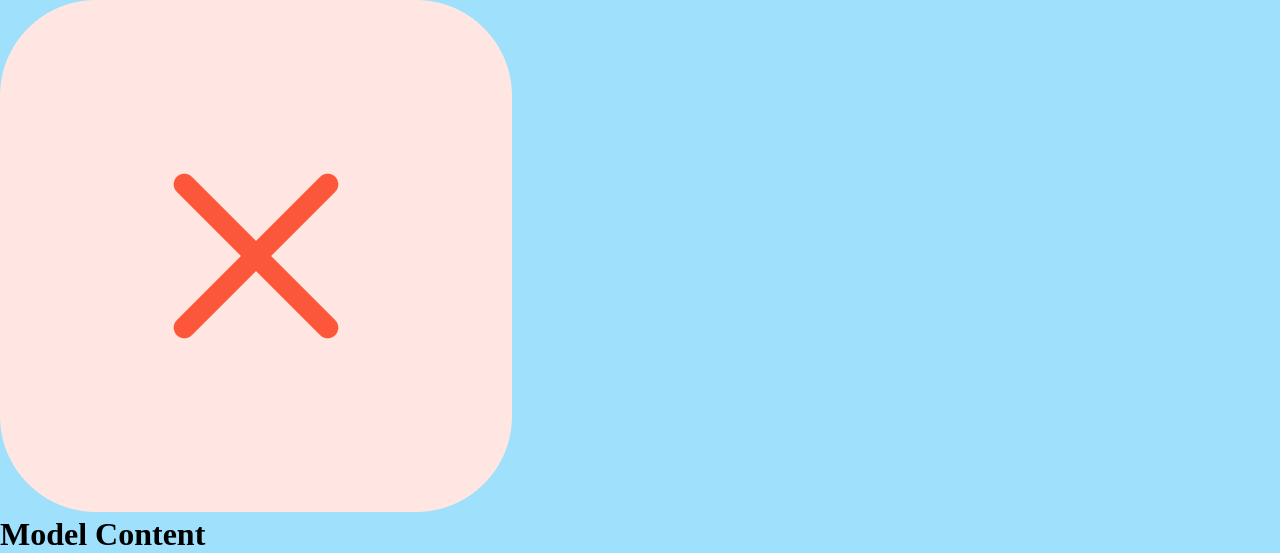
Repository: Trapti10/20-js-practice-projects-in-7-days-challenge
Page: Project_4_Modal_Project/index.html
These files come from the project's save history. The page is drawn as it stood at one moment and after a run of saves; the edit follows.
The browser window is 1280 px wide. The pictures show the part of the page from y = 720 to 1273 px (the page is 1273 px tall).

Above is the page before, as saved 2025-11-24 10:52:40.

### Project_4_Modal_Project/index.html
<!DOCTYPE html>
<html lang="en">
<head>
    <meta charset="UTF-8">
    <meta name="viewport" content="width=device-width, initial-scale=1.0">
    <title>Modal Project</title>
    <link rel="stylesheet" href="style.css">
</head>
<body>
     <div class="bg-img"  background-img>

    </div>
    <div class="card">
        <h1>Modal Project</h1>

        <button class="Open">
            Open Model
        </button>
       </div>
       <div class="modal-overlay">
        <div class="madal-container">
            <img src="assests/close.png" alt="">
            <div class="modalContent">
                <h1>Model Content</h1>
            </div>
        </div>
       </div>
    <script src="script.js"></script>
</body>
</html>

### Project_4_Modal_Project/style.css
*{
    margin: 0;
    padding: 0;
}

.bg-img{
    height: 100vh;
    background-position: center center;
    background-repeat: no-repeat;
    position: relative;
    background-size: max(2200px, 100vw);
    background-image: url("https://png.pngtree.com/thumb_back/fh260/background/20230714/pngtree-simplicity-in-blue-a-living-room-interior-design-with-decor-and-image_3888158.jpg");
    background-repeat: no-repeat;
    align-items: center;
    margin-top: 0;
    align-items: center;

}

.card{
    position: absolute;
    top: 25%;
    left: 37%;
    background: white;
    max-height: 250px;
    max-width: 400px;
    height: 100%;
    width: 100%;
    display: flex;
    justify-content: center;
    align-items:center ;
    flex-direction: column;
    border: none;
    border-radius: 10px;
    gap: 30px;
}

button{
    height: 25px;
    width: 110px;
    color: white;
    background: rgb(29, 166, 246);
    border: none;
    letter-spacing: 2px;
    border-radius: 5px;
    padding: 0 4px;
}

button:hover{
    background: transparent;
    color: black;
    border: 2px solid rgb(29, 166, 246);
}

.modal-overlay{
    background: rgb(159, 225, 252);
}

Loaded but not shown: Project_4_Modal_Project/script.js (no stored copy; drawn as an empty file)

After the next 5 saves:
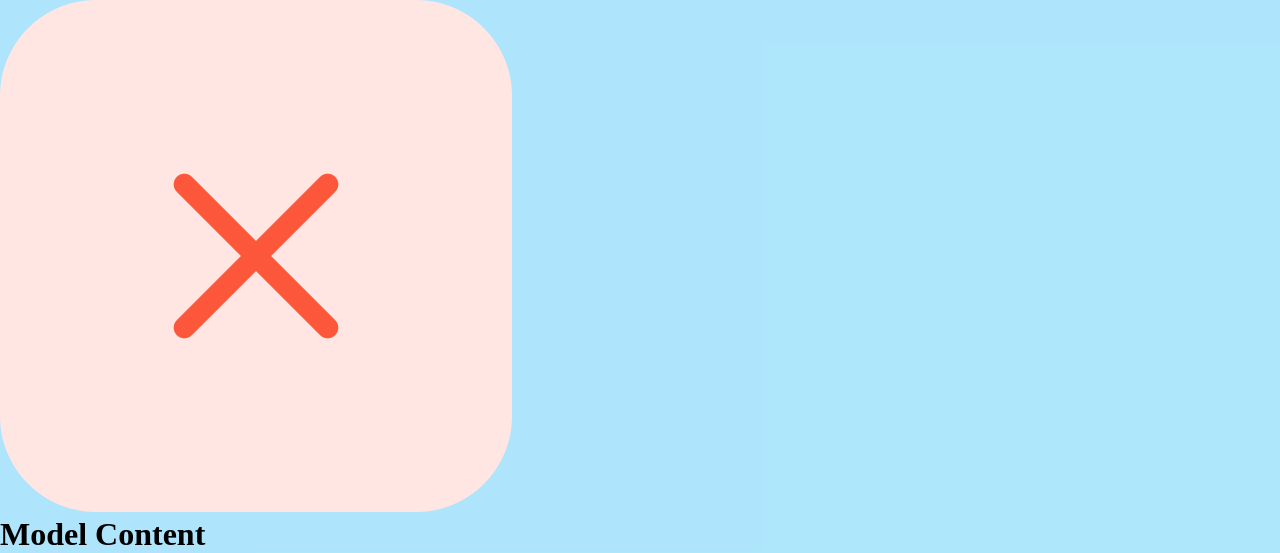
The 5 saves are shown as one change because they came seconds apart.
The last was saved 16 s later.
--- a/Project_4_Modal_Project/style.css
+++ b/Project_4_Modal_Project/style.css
@@ -53,5 +53,5 @@ button:hover{
 }
 
 .modal-overlay{
-    background: rgb(159, 225, 252);
+    background: rgba(159, 225, 252, 0.84);
 }
